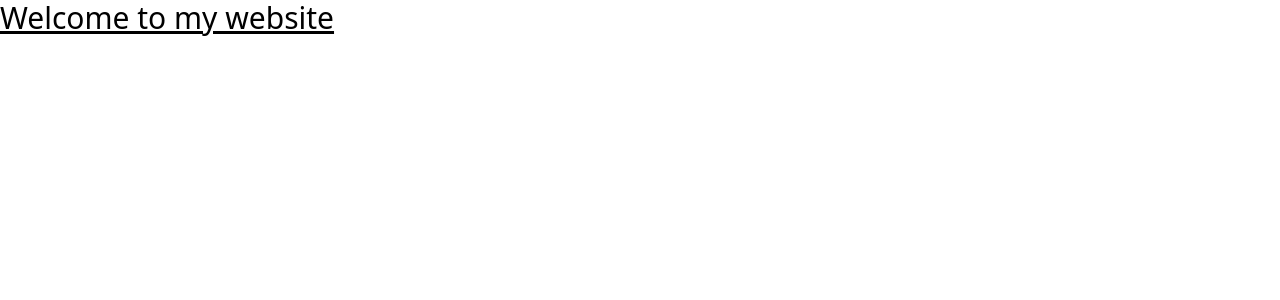
Repository: Strong02coder/medinav_healthcare_webapp
Page: /
An editor plug-in stored every save of this project. The page is shown before and after the next save, followed by the edit.
The browser window is 1280 px wide. The pictures show the whole page.
The project was rebuilt for these pictures with package versions that can differ from the ones it lists, and the page was loaded fresh each time. The framework's server and built-in components were replaced by stand-ins that run in the browser. Also part of the build but not shown: next.config.mjs.

Above is the page before, as saved 2024-08-07 00:23:37.

### app/layout.tsx
import type { Metadata } from "next";
import { Plus_Jakarta_Sans } from "next/font/google";
import "./globals.css";

const inter = ({ subsets: ["latin"] });

export const metadata: Metadata = {
  title: "Madinav",
  description: "A Healthcare Management System",
};

export default function RootLayout({
  children,
}: Readonly<{
  children: React.ReactNode;
}>) {
  return (
    <html lang="en">
      <body className={inter.className}>{children}</body>
    </html>
  );
}

### app/page.tsx
export default function Home() {
  return (
    <div>
      <h1 className="text-3xl underline">Welcome to my website</h1>
    </div>
  )
}

Loaded but not shown: app/globals.css (common file); tailwind.config.ts (common file)

After the next save:
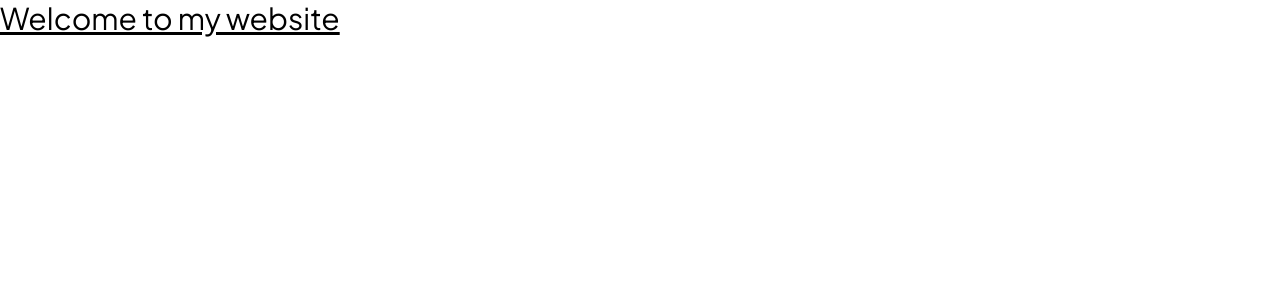
Saved 14 s later.
--- a/app/layout.tsx
+++ b/app/layout.tsx
@@ -2,7 +2,7 @@ import type { Metadata } from "next";
 import { Plus_Jakarta_Sans } from "next/font/google";
 import "./globals.css";
 
-const inter = ({ subsets: ["latin"] });
+const inter = Plus_Jakarta_Sans({ subsets: ["latin"] });
 
 export const metadata: Metadata = {
   title: "Madinav",
